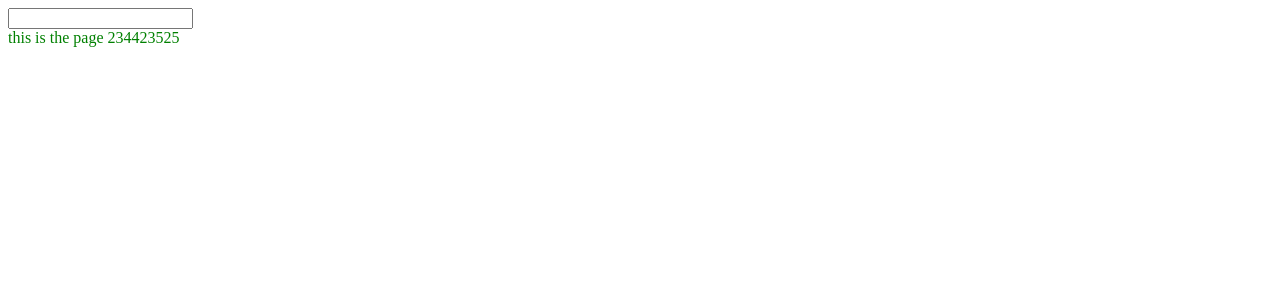
Repository: jasontianxie/huatian-mock-react-demo
Page: /
The author's editor kept a copy of each file at every save. The page is drawn from the files as they stood at one save, then again after the next save.
The browser window is 1280 px wide. The pictures show the whole page.
The project was rebuilt for these pictures with package versions that can differ from the ones it lists, and the page was loaded fresh each time. Also part of the build but not shown: webpack.config.js.

Above is the page before, as saved 2017-04-20 15:31:21.

### app.jsx
import React from 'react';//import是es6的语法，webpack怎么能认识呢，原因就在babel-loader，它可以把import解析成require。同理，css-loader也会把@import和URL（）解析成require：https://github.com/webpack-contrib/css-loader
import ReactDOM from 'react-dom';
import {Main} from './pages/main/main.jsx';

// require ('normalize-scss/sass/_normalize.scss');
require ('./app.scss');



ReactDOM.render(
  <Main/>,document.getElementById('app')
);

// if (module.hot) {
//   module.hot.accept('./build', () => {
//     render(App)
//   });
// }

### pages/main/main.jsx
import React,{Component} from 'react';
import {ShoppingCart} from '../shoppingCart/index.jsx';
const prefixName = 'main';

class Main extends Component{
  render(){
    return(
      <div>
      <ShoppingCart/>
      <div className={`${prefixName}-aaa`}>this is the page 234423525</div>
      </div>
    );
  }
}
if(module.hot){
  module.hot.accept()
}
export {Main};

### app.scss
@import './assets/css/normalize';
@import './assets/css/mixins';
@import './assets/css/function';
@import './pages/main/main';
@import './pages/ShoppingCart/index';

### pages/shoppingCart/index.jsx
import React,{Component} from 'react';
const prefixName='shoppingCart';
class ShoppingCart extends Component{
  constructor(props) {
    super(props);
    this.state = { data: [] };
  }
  render(){
    return(
      <div className={`${prefixName}-sss`}><input type="text"/></div>
    );
  }
}
if(module.hot){
  module.hot.accept()
}
export {ShoppingCart};

### assets/css/mixins.scss
.aaa{
  display: flex;
}

### assets/css/function.scss
.sss{
  color: greenyellow;
}

### pages/main/main.scss
.main-aaa{
  color: green;
}

### pages/shoppingCart/index.scss
.shoppingCart-sss {
  color: red;
}

Loaded but not shown: assets/css/normalize.css (library)

After the next save:
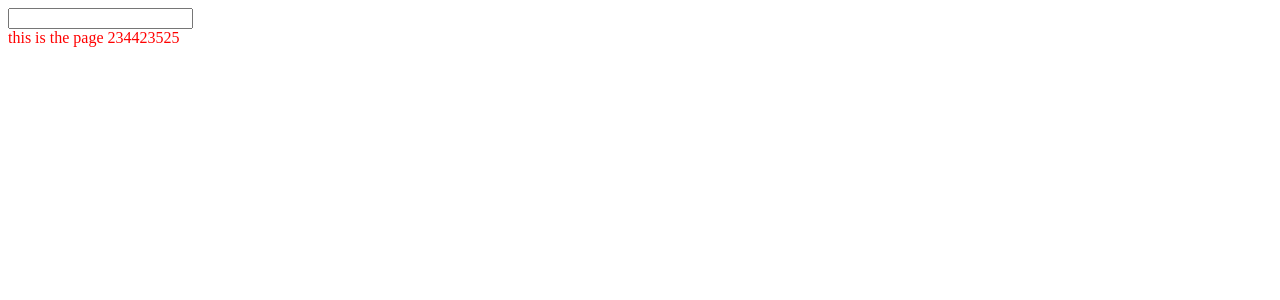
Saved 3 min 27 s later.
--- a/pages/main/main.scss
+++ b/pages/main/main.scss
@@ -1,3 +1,3 @@
 .main-aaa{
-  color: green;
+  color: red;
 }
